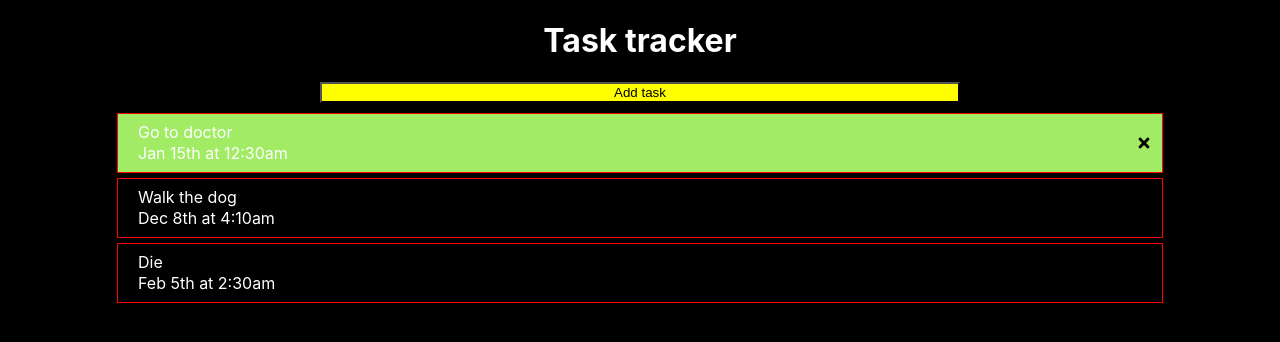
Repository: roscaImarius/task-tracker-react
Page: /
The author's editor kept a copy of each file at every save. The page is drawn from the files as they stood at one save, then again after the next save.
The browser window is 1280 px wide. The pictures show the whole page.
The project was rebuilt for these pictures with package versions that can differ from the ones it lists, and the page was loaded fresh each time. Also part of the build but not shown: src/components/AddTask.js.

Above is the page before, as saved 2021-03-31 12:49:22.

### src/App.js
import "./App.css";
import Header from "./components/Header";
import React, { useState } from "react";

function App() {
  const [showAdd, setShowAdd] = useState(false);
  const [tasks, setTasks] = useState([
    {
      id: 1,
      text: "Go to doctor",
      day: "Jan 15th at 12:30am",
      reminder: false,
    },
    {
      id: 2,
      text: "Walk the dog",
      day: "Dec 8th at 4:10am",
      reminder: true,
    },
    {
      id: 3,
      text: "Die",
      day: "Feb 5th at 2:30am",
      reminder: true,
    },
  ]);

  // show add form
  const onClickAdd = () => {
    setShowAdd(!showAdd);
  };

  // save task
  const onSaveTask = (task) => {
    let randId = new Date().getTime();
    const newTask = { id: randId, ...task };
    console.log(newTask);
    setTasks([...tasks, newTask]);
    setShowAdd(false);
  };

  //delete task
  const onDelete = (id) => {
    setTasks(tasks.filter((t) => t.id !== id));
  };
  // Mark task
  const onDubleClick = (id) => {
    setTasks(
      tasks.map((task) =>
        task.id === id ? { ...task, reminder: !task.reminder } : task
      )
    );
  };
  return (
    <div className="App">
      <Header
        showAdd={showAdd}
        setShowAdd={setShowAdd}
        title={"Task tracker"}
        onDelete={onDelete}
        onSaveTask={onSaveTask}
        onClickAdd={onClickAdd}
        onDubleClick={onDubleClick}
        tasks={tasks}
      />
      {tasks.length === 0 ? <p>No tasks to show</p> : null}
    </div>
  );
}

export default App;

### src/App.css
.App {
  text-align: center;
}
body {
  background-color: black;
  color: white;
}

/* HEADER */
.header-container {
  display: flex;
  flex-direction: column;
}
.add-btn {
  margin: auto;
  width: 50%;
}
.task {
  display: flex;
  justify-content: space-between;
  padding-left: 20px;
  margin: auto;
  line-height: 5px;
  margin-bottom: 5px;
  border: 1px solid red;
  width: 80%;
  text-align: start;
}
.x {
  margin-right: 10px;
  color: black;
  margin: auto 5px;
  cursor: pointer;
  padding: 5px;
}
.marked {
  background-color: rgb(161, 236, 100);
}
/* FORM */
.form-field {
  margin: 0 auto;
  display: flex;
  flex-direction: column;
  text-align: start;
  width: 80%;
  box-sizing: border-box;
}
.form-container {
  margin: auto;
  width: 70%;
  display: inline-block;
  padding: 10px;
  border: 1px solid gray;
  margin-bottom: 10px;
}

### src/components/Header.js
import React from "react";
import PropTypes from "prop-types";
import Tasks from "./Tasks";
import Button from "./Button";
import AddTask from "./AddTask";

const Header = ({
  title,
  onClickAdd,
  onDelete,
  onSaveTask,
  onDubleClick,
  tasks,
  showAdd,
  setShowAdd,
}) => {
  return (
    <header className="header-container">
      <h1>{title}</h1>
      <Button
        onClick={onClickAdd}
        showAdd={showAdd}
        setShowAdd={setShowAdd}
        color="yellow"
      />
      {showAdd && <AddTask onSaveTask={onSaveTask} />}
      <Tasks onDelete={onDelete} onDubleClick={onDubleClick} tasks={tasks} />
    </header>
  );
};

Header.defaultProps = {
  title: "Task tracker",
};

Header.propTypes = {
  title: PropTypes.string.isRequired,
};

export default Header;

### src/components/Tasks.js
import React from "react";
import Task from "./Task";

const Tasks = ({ tasks, onDubleClick, onDelete }) => {
  return (
    <div>
      {tasks.map((t) => (
        <Task
          key={t.id}
          onDubleClick={onDubleClick}
          onDelete={onDelete}
          t={t}
        />
      ))}
    </div>
  );
};

export default Tasks;

### src/components/Button.js
import React from "react";

const Button = ({ color, showAdd, onClick }) => {
  return (
    <button
      onClick={onClick}
      style={{ backgroundColor: color, marginBottom: "10px" }}
      className="add-btn"
    >
      {showAdd ? "Cancel Add task " : "Add task"}
    </button>
  );
};
Button.defaultProps = {
  color: "blue",
};

export default Button;

### src/components/Task.js
import React from "react";
import { FaTimes } from "react-icons/fa";

const Task = ({ t, onDubleClick, onDelete }) => {
  return (
    <div
      onDoubleClick={() => onDubleClick(t.id)}
      className={t.reminder ? " task" : "task marked"}
    >
      <div>
        <p>{t.text}</p>
        <p>{t.day}</p>
      </div>
      <FaTimes className="x" onClick={() => onDelete(t.id)} />
    </div>
  );
};

export default Task;

Loaded but not shown: public/index.html (common file); src/index.js (common file); src/index.css (common file); src/reportWebVitals.js (common file)

After the next save:
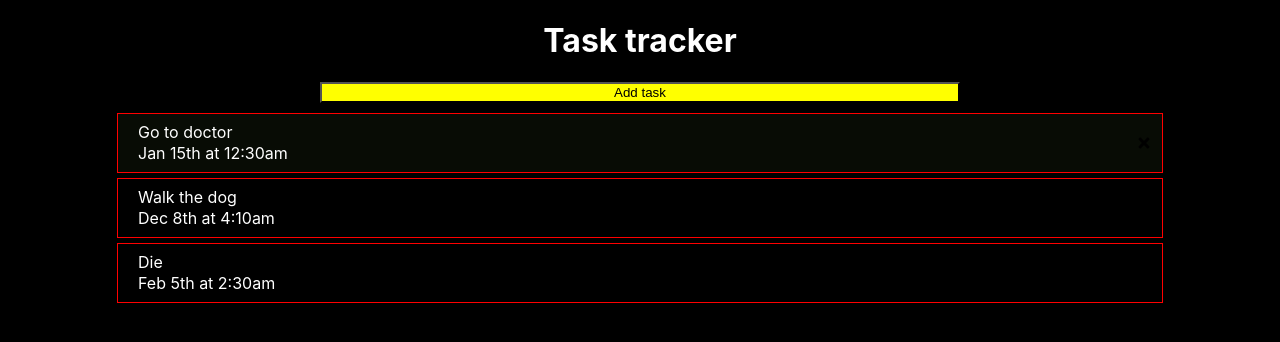
Saved 15 s later.
--- a/src/App.css
+++ b/src/App.css
@@ -34,7 +34,7 @@ body {
   padding: 5px;
 }
 .marked {
-  background-color: rgb(161, 236, 100);
+  background-color: rgba(161, 236, 100, 0.05);
 }
 /* FORM */
 .form-field {
